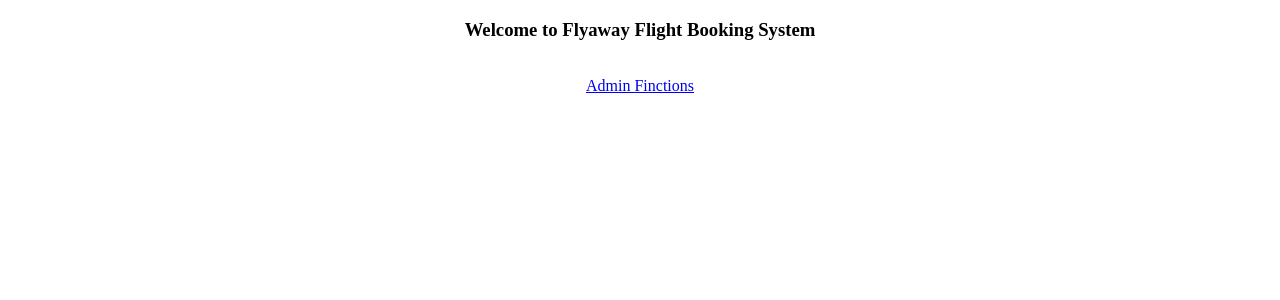
Repository: parijat-singh/Web_Backend
Page: http://localhost/pgfsd-flyaway-project/
The author's editor kept a copy of each file at every save. The page is drawn from the files as they stood at one save, then again after the next save.
The browser window is 1280 px wide. The pictures show the whole page.
The page is served by Tomcat 9.

Above is the page before, as saved 2021-06-08 10:55:04.

### pgfsd-flyaway-project/src/main/webapp/index.jsp
<%@ page language="java" contentType="text/html; charset=ISO-8859-1"
    pageEncoding="ISO-8859-1"%>
<!DOCTYPE html>
<html>
<head>
<meta charset="ISO-8859-1">
<title>Welcome to Flyaway</title>
</head>
<body>
	<div align='center'>
	<h3>Welcome to Flyaway Flight Booking System</h3>
	<br/>
	<a href='admin.html'>Admin Finctions</a>
	</div>




</body>
</html>

After the next save:
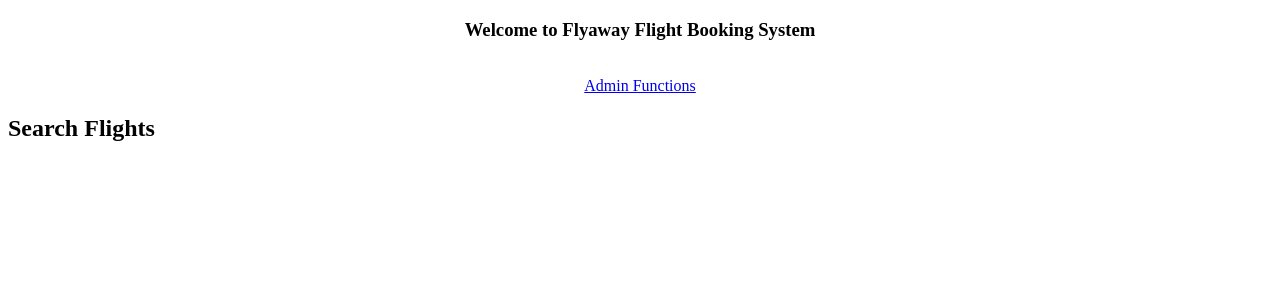
Saved 2 min 0 s later.
--- a/pgfsd-flyaway-project/src/main/webapp/index.jsp
+++ b/pgfsd-flyaway-project/src/main/webapp/index.jsp
@@ -10,7 +10,10 @@
 	<div align='center'>
 	<h3>Welcome to Flyaway Flight Booking System</h3>
 	<br/>
-	<a href='admin.html'>Admin Finctions</a>
+	<a href='admin.html'>Admin Functions</a>
+	</div>
+	<div align='left'>
+	<h2>Search Flights</h2>
 	</div>
 
 
